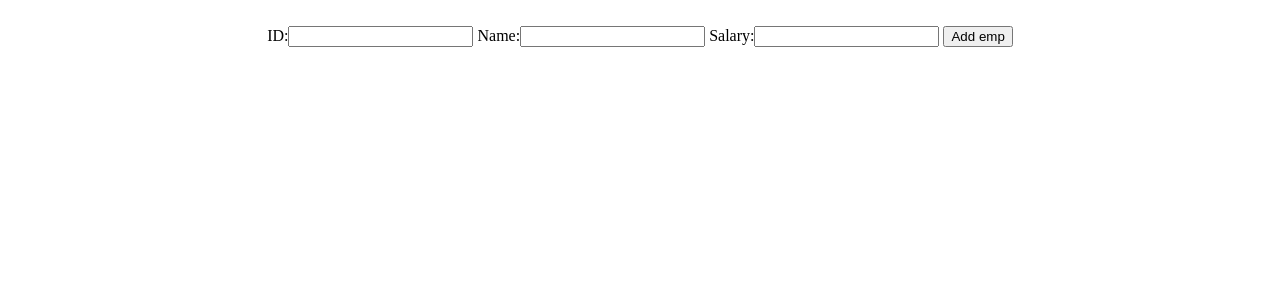
Repository: ravikumar0303/Advance-Java
Page: JSPAction/src/main/webapp/Employee.html
The author's editor kept a copy of each file at every save. The page is drawn from the files as they stood at one save, then again after the next save.
The browser window is 1280 px wide. The pictures show the whole page.

Above is the page before, as saved 2023-06-27 04:10:47.

After the next save:
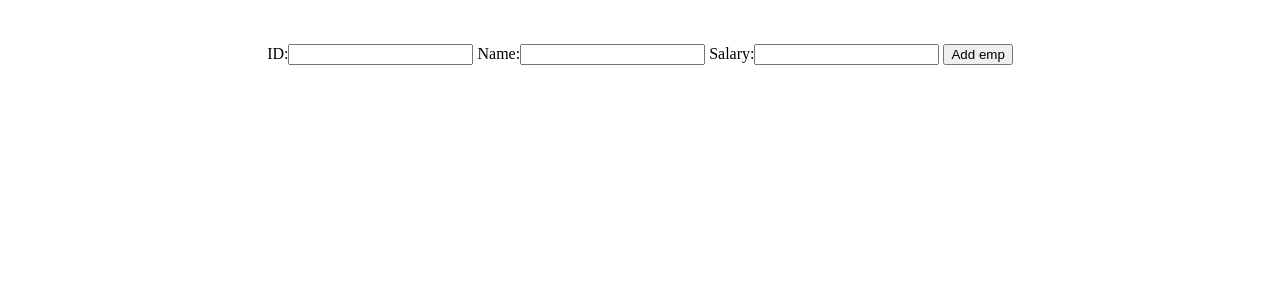
Saved 5 s later.
--- a/JSPAction/src/main/webapp/Employee.html
+++ b/JSPAction/src/main/webapp/Employee.html
@@ -7,7 +7,7 @@
 <body>
 <form>
 <center>
-<br>
+<br><br>
 ID:<input type="text" name="eid" id="eid"/>
 Name:<input type="text" name="ename" id="ename"/>
 Salary:<input type="text" name="sal" id="sal"/>
